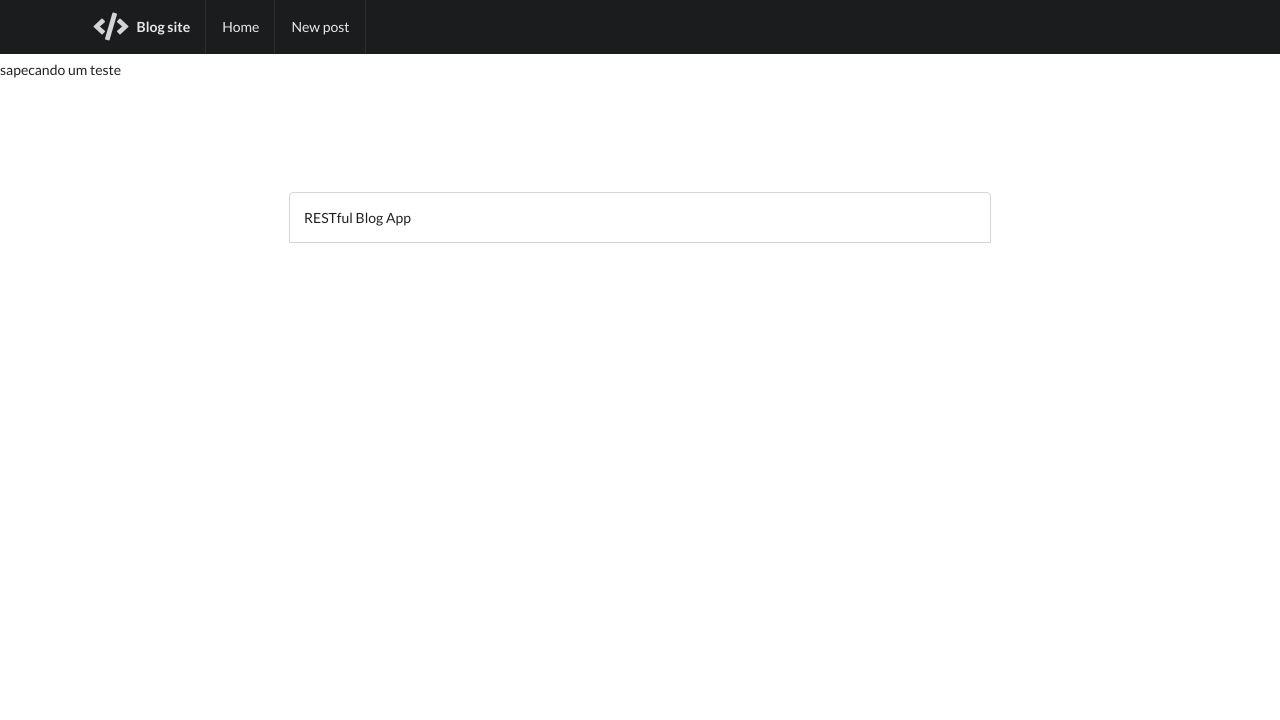
Repository: DevIvanVarela/the-web-developer-bootcamp
Page: http://localhost/blogs
The author's editor kept a record of every edit. The page is drawn from the files as they stood at one moment, then again after the next edit.
The browser window is 1280 px wide. The pictures show the whole page.
The page is served by the project's Node server (RESTfulRouting/RESTfulBlogApp/app.js). Queries for data that is not in the repository find no rows.

Above is the page before.

After the next edit:
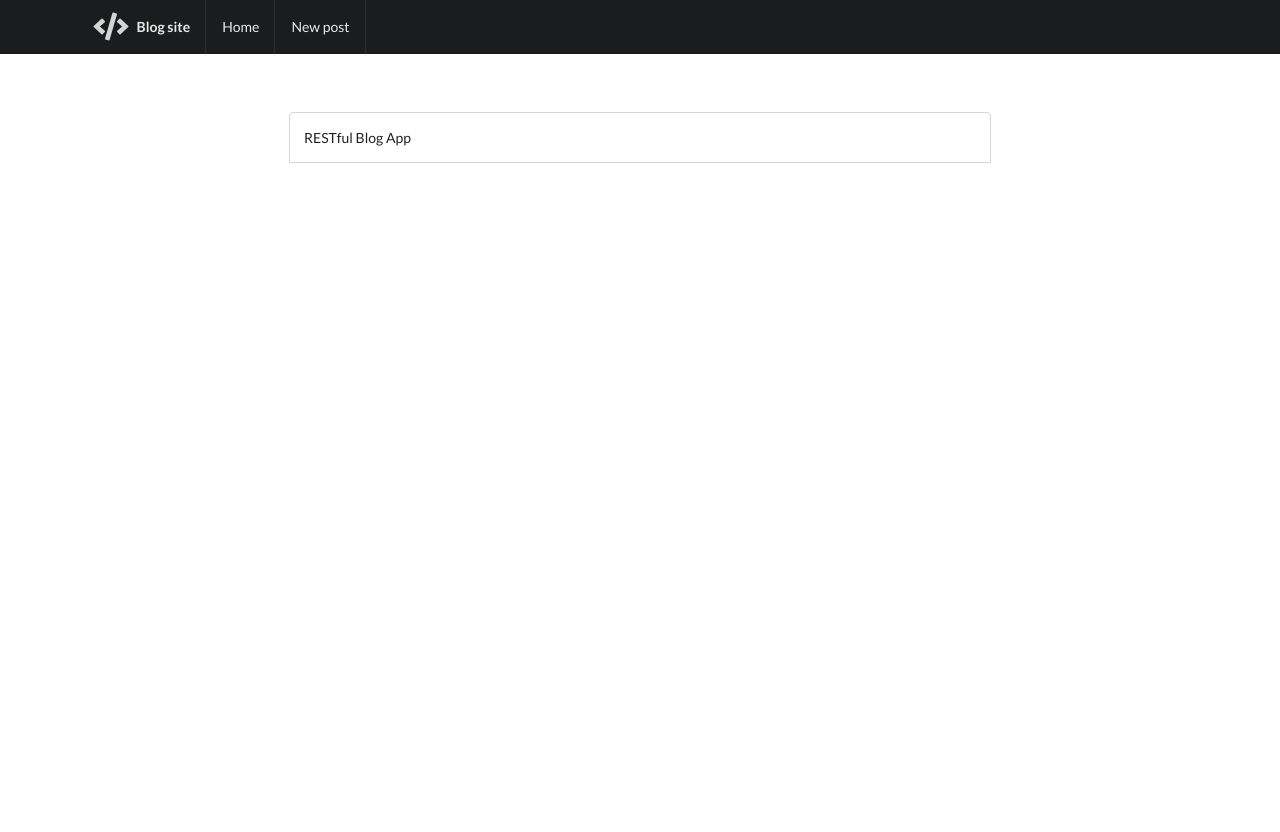
The edit:
--- a/workspace/RESTfulRouting/RESTfulBlogApp/views/partials/header.ejs
+++ b/workspace/RESTfulRouting/RESTfulBlogApp/views/partials/header.ejs
@@ -12,7 +12,3 @@
                 <a href="/blogs/new" class="item">New post</a>
             </div>
         </div>
-        <br>
-        <br>
-        <br>
-        <p class="teste"> sapecando um teste</p>
